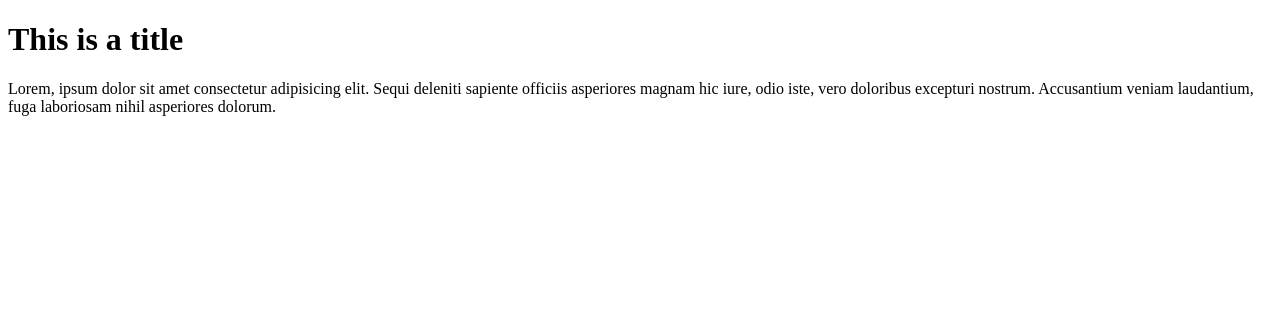
Repository: Francois-QUICODE/CSS-Micro-Projects
Page: Projects/01-Infinite-Gradient-Text.html
An editor plug-in stored every save of this project. The page is shown before and after a run of saves, followed by the edit.
The browser window is 1280 px wide. The pictures show the whole page.

Above is the page before, as saved 2020-11-28 00:16:13.

### Projects/01-Infinite-Gradient-Text.html
<!DOCTYPE html>
<html lang="en">
  <head>
    <meta charset="UTF-8" />
    <title>Infinite Gradiant text</title>
  </head>
  <body>
    <h1>This is a title</h1>
    <p>
      Lorem, ipsum dolor sit amet consectetur adipisicing elit. Sequi deleniti
      sapiente officiis asperiores magnam hic iure, odio iste, vero doloribus
      excepturi nostrum. Accusantium veniam laudantium, fuga laboriosam nihil
      asperiores dolorum.
    </p>
  </body>
</html>

After the next 2 saves:
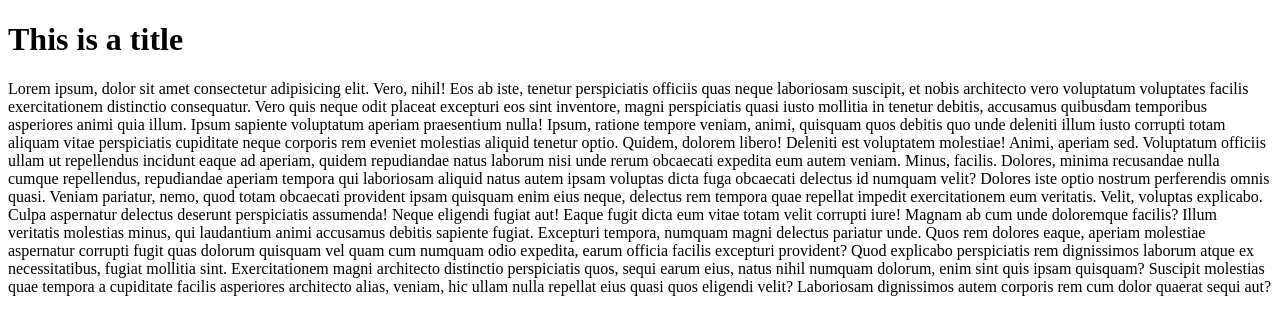
The 2 saves are shown as one change because they came seconds apart.
The last was saved 107 s later.
--- a/Projects/01-Infinite-Gradient-Text.html
+++ b/Projects/01-Infinite-Gradient-Text.html
@@ -7,10 +7,39 @@
   <body>
     <h1>This is a title</h1>
     <p>
-      Lorem, ipsum dolor sit amet consectetur adipisicing elit. Sequi deleniti
-      sapiente officiis asperiores magnam hic iure, odio iste, vero doloribus
-      excepturi nostrum. Accusantium veniam laudantium, fuga laboriosam nihil
-      asperiores dolorum.
+      Lorem ipsum, dolor sit amet consectetur adipisicing elit. Vero, nihil! Eos
+      ab iste, tenetur perspiciatis officiis quas neque laboriosam suscipit, et
+      nobis architecto vero voluptatum voluptates facilis exercitationem
+      distinctio consequatur. Vero quis neque odit placeat excepturi eos sint
+      inventore, magni perspiciatis quasi iusto mollitia in tenetur debitis,
+      accusamus quibusdam temporibus asperiores animi quia illum. Ipsum sapiente
+      voluptatum aperiam praesentium nulla! Ipsum, ratione tempore veniam,
+      animi, quisquam quos debitis quo unde deleniti illum iusto corrupti totam
+      aliquam vitae perspiciatis cupiditate neque corporis rem eveniet molestias
+      aliquid tenetur optio. Quidem, dolorem libero! Deleniti est voluptatem
+      molestiae! Animi, aperiam sed. Voluptatum officiis ullam ut repellendus
+      incidunt eaque ad aperiam, quidem repudiandae natus laborum nisi unde
+      rerum obcaecati expedita eum autem veniam. Minus, facilis. Dolores, minima
+      recusandae nulla cumque repellendus, repudiandae aperiam tempora qui
+      laboriosam aliquid natus autem ipsam voluptas dicta fuga obcaecati
+      delectus id numquam velit? Dolores iste optio nostrum perferendis omnis
+      quasi. Veniam pariatur, nemo, quod totam obcaecati provident ipsam
+      quisquam enim eius neque, delectus rem tempora quae repellat impedit
+      exercitationem eum veritatis. Velit, voluptas explicabo. Culpa aspernatur
+      delectus deserunt perspiciatis assumenda! Neque eligendi fugiat aut! Eaque
+      fugit dicta eum vitae totam velit corrupti iure! Magnam ab cum unde
+      doloremque facilis? Illum veritatis molestias minus, qui laudantium animi
+      accusamus debitis sapiente fugiat. Excepturi tempora, numquam magni
+      delectus pariatur unde. Quos rem dolores eaque, aperiam molestiae
+      aspernatur corrupti fugit quas dolorum quisquam vel quam cum numquam odio
+      expedita, earum officia facilis excepturi provident? Quod explicabo
+      perspiciatis rem dignissimos laborum atque ex necessitatibus, fugiat
+      mollitia sint. Exercitationem magni architecto distinctio perspiciatis
+      quos, sequi earum eius, natus nihil numquam dolorum, enim sint quis ipsam
+      quisquam? Suscipit molestias quae tempora a cupiditate facilis asperiores
+      architecto alias, veniam, hic ullam nulla repellat eius quasi quos
+      eligendi velit? Laboriosam dignissimos autem corporis rem cum dolor
+      quaerat sequi aut?
     </p>
   </body>
 </html>
